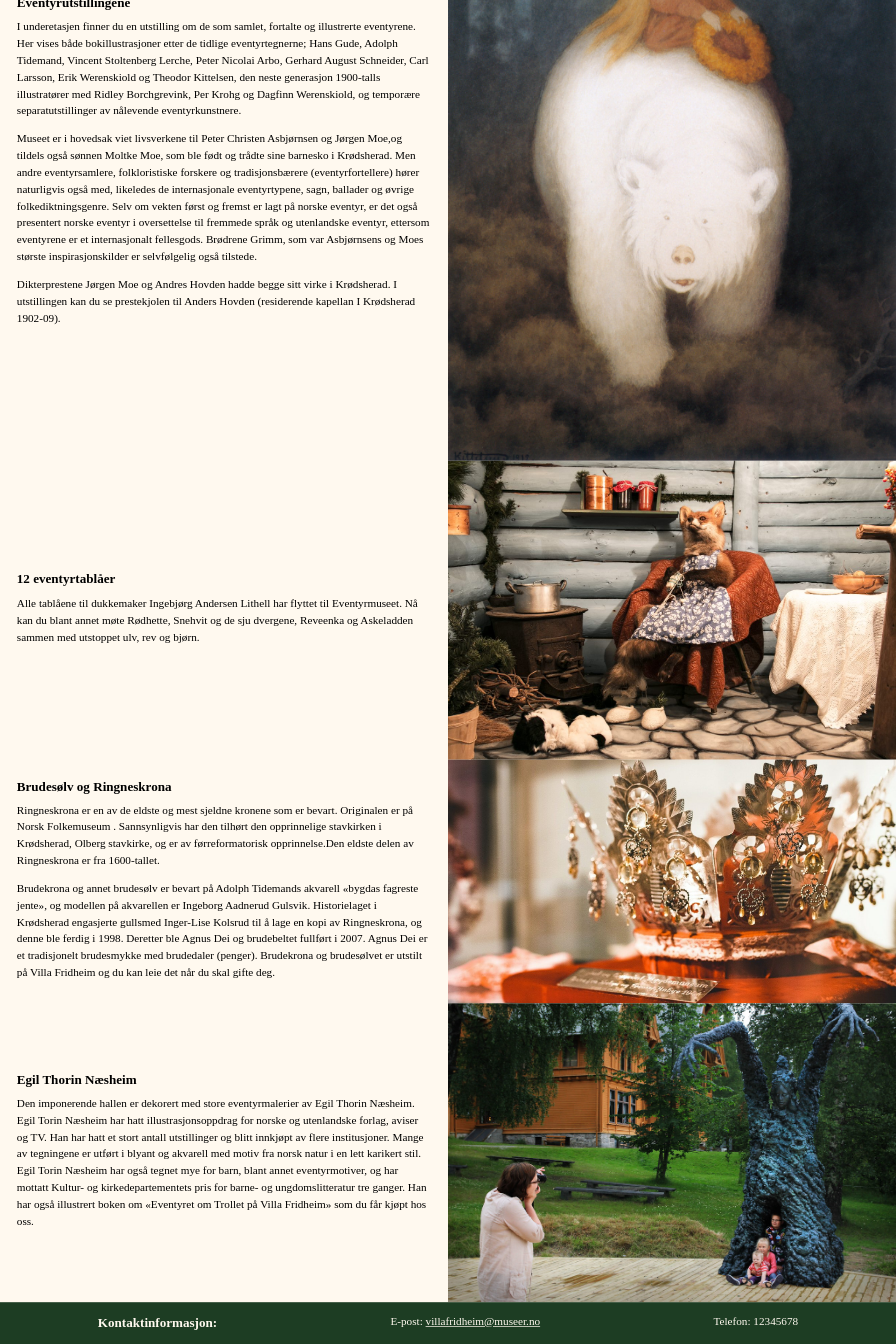
Repository: IdaHolmen/villa-fridheim
Page: src/activities.html
An editor plug-in stored every save of this project. The page is shown before and after the next save, followed by the edit.
The browser window is 1280 px wide. The pictures show the part of the page from y = 1286 to 3206 px (the page is 3206 px tall before and 3063 px after), at 70% of full size.
Some web fonts or font styles are not loaded; a fallback is used.

Above is the page before, as saved 2024-10-15 15:10:58.

### src/activities.html
<!DOCTYPE html>
<html lang="en">
    <head>
        <meta charset="UTF-8" />
        <meta name="viewport" content="width=device-width, initial-scale=1.0" />

        <link rel="icon" type="image/x-icon" href="../assets/villa-fridheim-logo.svg" />

        <title>Villa Fridheim</title>
        <link rel="stylesheet" type="text/css" href="../css/reset.css" />
        <link rel="stylesheet" type="text/css" href="../css/style.css" />
        <link rel="stylesheet" type="text/css" href="../css/media-queries.css" />
    </head>
    <body>
        <header>
            <div class="headline-container">
                <a href="../index.html" id="home-button">
                    <img src="../assets/villa-fridheim-logo.svg" alt="Omrisset av et eventyrslott" class="main-logo" />
                    <h1 class="main-headline">Villa Fridheim</h1>
                </a>
            </div>

            <nav class="nav-bar">
                <a href="about.html" class="nav-link">Om muséet</a>
                <a href="info.html" class="nav-link">Åpningstider og priser</a>
                <a href="booking.html" class="nav-link">Booking</a>
            </nav>
        </header>

        <main class="main-container">
            <section class="normal-section">
                <div class="image-container">
                    <img src="../assets/kano.jpg" alt="En far og to små barn i en kano" class="page-image" />
                </div>

                <div class="text-container">
                    <article class="text">
                        <h2 class="section-headline">Aktiviteter</h2>
                        <h3>Kanoutleie</h3>
                        <p>
                            Opplev vakre Krøderfjorden med sandstrender og små viker hvor du kan gå i land for å bade og
                            grille. Ta med fiskestang og fang din egen lunsj eller kjøp med deg mat fra fru Theas Kafè.
                        </p>
                        <p>
                            Vi har 9 kanoer til utleie med redningsvester og årer. Enkelt kart over fjorden får du med
                            på turen.
                        </p>
                        <p>
                            I Krøderen kan du fiske med fiske kort. Her finnes abbor, gjedde, ørret. røye og sik.
                            Fiskekortet kan du kjøpe i forretninger i området eller på bensinstasjoner. Kan også kjøpes:
                            www.inatur.no.
                        </p>
                        <div class="bold-text">
                            <p>Pris per kano</p>
                            <p>Per time: 100,-</p>
                            <p>Per dag: 500,-</p>
                        </div>
                    </article>

                    <article class="text">
                        <h3>Lek</h3>
                        <p>Vi har lekestue og sandkasse til de minste og eventyrsti inne.</p>
                    </article>
                </div>
            </section>

            <section class="normal-section">
                <div class="image-container">
                    <img src="../assets/canoe2.jpg" alt="En kano på en sandstrand" class="page-image" />
                </div>

                <div class="text-container">
                    <article class="text">
                        <h3>Retningslinjer ved kanoutleie</h3>
                        <p>
                            Leietaker er personlig ansvarlig for utstyret og forplikter å returnere leid utstyr i den
                            stand det var i ved utleietidspunktet. Dersom utstyret er forringet under leieperioden skal
                            leietaker erstatte leid utstyr. Leietaker skal umiddelbart gi beskjed dersom utstyret blir
                            forringet. Utstyret skal hentes og bringes tilbake til Villa Fridheim i museets åpningstid
                            hvis ikke annet er avtalt.
                        </p>
                        <p>
                            Villa Fridheim vil understreke at bruk av kanoer skjer på eget ansvar. Villa Fridheim påtar
                            seg ikke ansvar for økonomiske følger av mulige skader/uhell som måtte inntreffe. Deltagerne
                            anbefales derfor å tegne individuelle forsikringer.
                        </p>
                        <p>
                            Vi gjør oppmerksom på at flytevester som følger kanoene forutsetter at brukerne er
                            svømmedyktige. Vi har noen redningsvester til utleie.
                        </p>
                    </article>
                </div>
            </section>

            <section class="reverse-section">
                <div class="text-container">
                    <article class="text">
                        <h2 class="section-headline">Opplevelser</h2>
                        <h3>Eventyrutstillingene</h3>
                        <p>
                            I underetasjen finner du en utstilling om de som samlet, fortalte og illustrerte eventyrene.
                            Her vises både bokillustrasjoner etter de tidlige eventyrtegnerne; Hans Gude, Adolph
                            Tidemand, Vincent Stoltenberg Lerche, Peter Nicolai Arbo, Gerhard August Schneider, Carl
                            Larsson, Erik Werenskiold og Theodor Kittelsen, den neste generasjon 1900-talls
                            illustratører med Ridley Borchgrevink, Per Krohg og Dagfinn Werenskiold, og temporære
                            separatutstillinger av nålevende eventyrkunstnere.
                        </p>
                        <p>
                            Museet er i hovedsak viet livsverkene til Peter Christen Asbjørnsen og Jørgen Moe,og tildels
                            også sønnen Moltke Moe, som ble født og trådte sine barnesko i Krødsherad. Men andre
                            eventyrsamlere, folkloristiske forskere og tradisjonsbærere (eventyrfortellere) hører
                            naturligvis også med, likeledes de internasjonale eventyrtypene, sagn, ballader og øvrige
                            folkediktningsgenre. Selv om vekten først og fremst er lagt på norske eventyr, er det også
                            presentert norske eventyr i oversettelse til fremmede språk og utenlandske eventyr, ettersom
                            eventyrene er et internasjonalt fellesgods. Brødrene Grimm, som var Asbjørnsens og Moes
                            største inspirasjonskilder er selvfølgelig også tilstede.
                        </p>
                        <p>
                            Dikterprestene Jørgen Moe og Andres Hovden hadde begge sitt virke i Krødsherad. I
                            utstillingen kan du se prestekjolen til Anders Hovden (residerende kapellan I Krødsherad
                            1902-09).
                        </p>
                    </article>
                </div>
                <div class="image-container">
                    <img
                        src="../assets/kvitebjørn-kong-valomon.jpeg"
                        alt="En jente som sitter på ryggen til en isbjørn"
                        class="page-image"
                    />
                </div>
            </section>

            <section class="reverse-section">
                <div class="text-container">
                    <article class="text">
                        <h3>12 eventyrtablåer</h3>
                        <p>
                            Alle tablåene til dukkemaker Ingebjørg Andersen Lithell har flyttet til Eventyrmuseet. Nå
                            kan du blant annet møte Rødhette, Snehvit og de sju dvergene, Reveenka og Askeladden sammen
                            med utstoppet ulv, rev og bjørn.
                        </p>
                    </article>
                </div>
                <div class="image-container">
                    <img
                        src="../assets/eventyrutstilling.jpg"
                        alt="Et eventyrtablå som forestiller Reveenka"
                        class="page-image"
                    />
                </div>
            </section>

            <section class="reverse-section">
                <div class="text-container">
                    <article class="text">
                        <h3>Brudesølv og Ringneskrona</h3>
                        <p>
                            Ringneskrona er en av de eldste og mest sjeldne kronene som er bevart. Originalen er på
                            Norsk Folkemuseum . Sannsynligvis har den tilhørt den opprinnelige stavkirken i Krødsherad,
                            Olberg stavkirke, og er av førreformatorisk opprinnelse.Den eldste delen av Ringneskrona er
                            fra 1600-tallet.
                        </p>
                        <p>
                            Brudekrona og annet brudesølv er bevart på Adolph Tidemands akvarell «bygdas fagreste
                            jente», og modellen på akvarellen er Ingeborg Aadnerud Gulsvik. Historielaget i Krødsherad
                            engasjerte gullsmed Inger-Lise Kolsrud til å lage en kopi av Ringneskrona, og denne ble
                            ferdig i 1998. Deretter ble Agnus Dei og brudebeltet fullført i 2007. Agnus Dei er et
                            tradisjonelt brudesmykke med brudedaler (penger). Brudekrona og brudesølvet er utstilt på
                            Villa Fridheim og du kan leie det når du skal gifte deg.
                        </p>
                    </article>
                </div>
                <div class="image-container">
                    <img src="../assets/ringneskrona.jpg" alt="En flott utsmykket krone" class="page-image" />
                </div>
            </section>

            <section class="reverse-section">
                <div class="text-container">
                    <article class="text">
                        <h3>Egil Thorin Næsheim</h3>
                        <p>
                            Den imponerende hallen er dekorert med store eventyrmalerier av Egil Thorin Næsheim. Egil
                            Torin Næsheim har hatt illustrasjonsoppdrag for norske og utenlandske forlag, aviser og TV.
                            Han har hatt et stort antall utstillinger og blitt innkjøpt av flere institusjoner. Mange av
                            tegningene er utført i blyant og akvarell med motiv fra norsk natur i en lett karikert stil.
                            Egil Torin Næsheim har også tegnet mye for barn, blant annet eventyrmotiver, og har mottatt
                            Kultur- og kirkedepartementets pris for barne- og ungdomslitteratur tre ganger. Han har også
                            illustrert boken om «Eventyret om Trollet på Villa Fridheim» som du får kjøpt hos oss.
                        </p>
                    </article>
                </div>
                <div class="image-container">
                    <img
                        src="../assets/outside-sculpture.jpg"
                        alt="Tre barn som blir tatt bilde av med en kvinneskulptur"
                        id="page-image"
                    />
                </div>
            </section>
        </main>

        <footer class="footer">
            <h3>Kontaktinformasjon:</h3>
            <p>
                E-post:
                <a href="" id="email-element">villafridheim@museer.no</a>
            </p>
            <p>Telefon: 12345678</p>
        </footer>
    </body>
</html>

### css/reset.css
*, *::before, *::after {
	box-sizing: border-box;
  }

* {
	margin: 0;
	padding: 0;
}

body {
	line-height: 1.5;
	-webkit-font-smoothing: antialiased;
}

img, picture, video, canvas, svg {
	display: block;
	max-width: 100%;
}

input, textarea, select {
	font: inherit;
}

p, h1, h2, h3, h4, h5, h6 {
	overflow-wrap: break-word;
}

#root, #__next {
	isolation: isolate;
}

button {
	font: inherit;
	background: transparent;
	border: none;
	cursor: pointer;
	touch-action: manipulation;
}

a {
	color: inherit;
	text-decoration: none;
}

### css/media-queries.css
@media screen and (max-width: 1000px) {
    header {
        flex-direction: column;
    }

    .nav-bar {
        align-items: center;
    }

    .nav-link {
        max-width: 16rem;
        margin: 0.5rem;
    }

    .hero-section {
        height: 45rem;
        background-color: var(--secondary-color);
    }

    .hero-text-container {
        top: 68%;
        left: 10%;
        width: 80%;
        height: 30%;
    }

    .hero-content {
        font-size: 3.5rem;
    }

    .normal-section {
        flex-direction: column;
        align-items: center;
    }

    .reverse-section {
        flex-direction: column-reverse;
    }

    .illustration-image {
        width: 70%;
    }

    #illustration-image-long {
        width: 60%;
    }

    .link-container {
        width: 70%;
        flex-wrap: wrap;
    }
}

@media screen and (max-width: 930px) {
    .link-container {
        width: 80%;
    }

    .navigation-container {
        width: 15rem;
        height: 18rem;
    }
}

@media screen and (max-width: 700px) {
    .footer,
    .footer-front-page {
        flex-direction: column;
        align-items: center;
    }

    .nav-bar {
        flex-direction: column;
    }

    .link-section,
    .intro-section {
        width: 100%;
    }

    .illustration-image {
        width: 100%;
    }

    #illustration-image-long {
        width: 80%;
    }

    .link-container {
        width: 100%;
    }
}

@media screen and (max-width: 500px) {
    .booking-form {
        width: 20rem;
    }

    .hero-content-sub-headline {
        font-size: 1.5rem;
    }

    .intro-section {
        height: 20rem;
    }
}

Loaded but not shown: css/style.css (459 lines, source omitted)

After the next save:
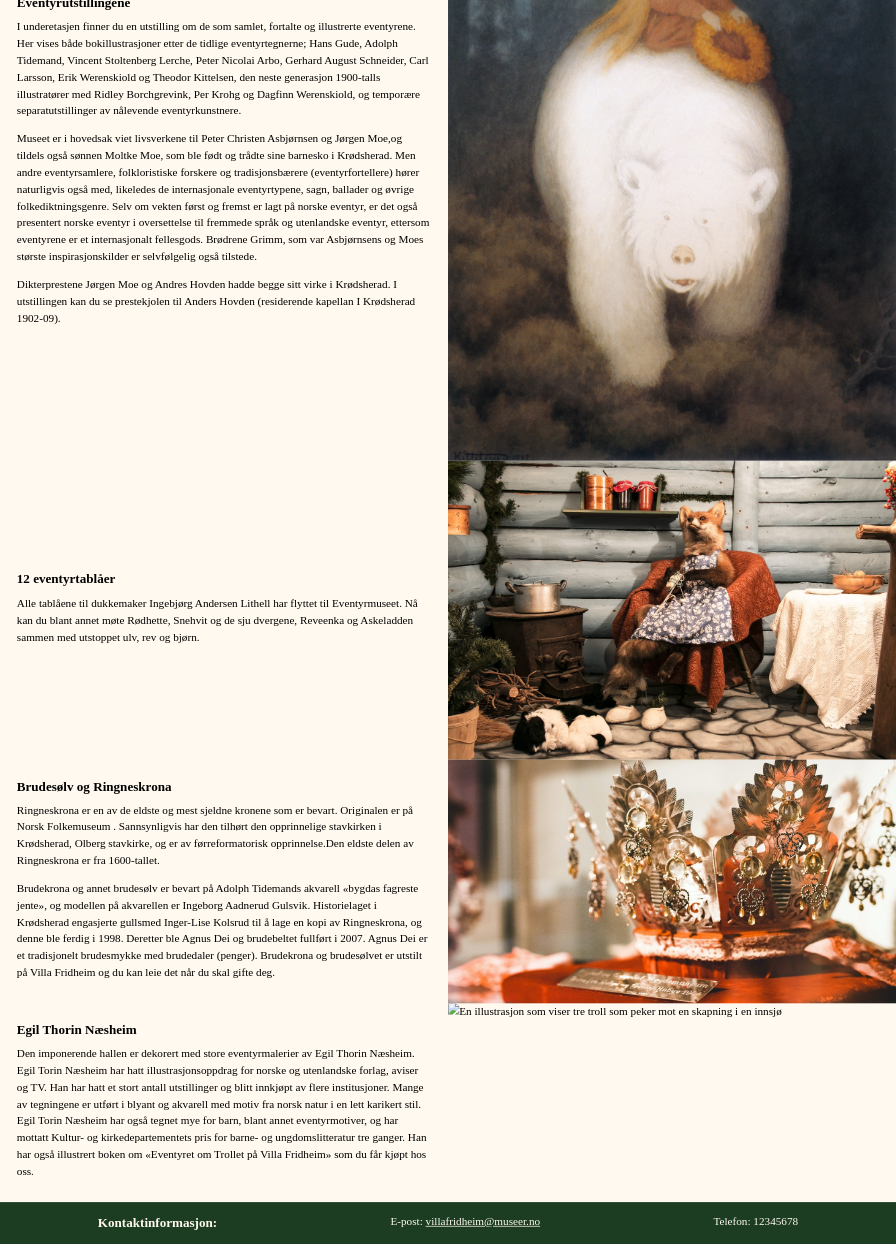
Not found: assets/trolls.jpg
Saved 3 min 59 s later.
--- a/src/activities.html
+++ b/src/activities.html
@@ -193,8 +193,8 @@
                 </div>
                 <div class="image-container">
                     <img
-                        src="../assets/outside-sculpture.jpg"
-                        alt="Tre barn som blir tatt bilde av med en kvinneskulptur"
+                        src="../assets/trolls.jpg"
+                        alt="En illustrasjon som viser tre troll som peker mot en skapning i en innsjø"
                         id="page-image"
                     />
                 </div>

After the 2 saves that followed:
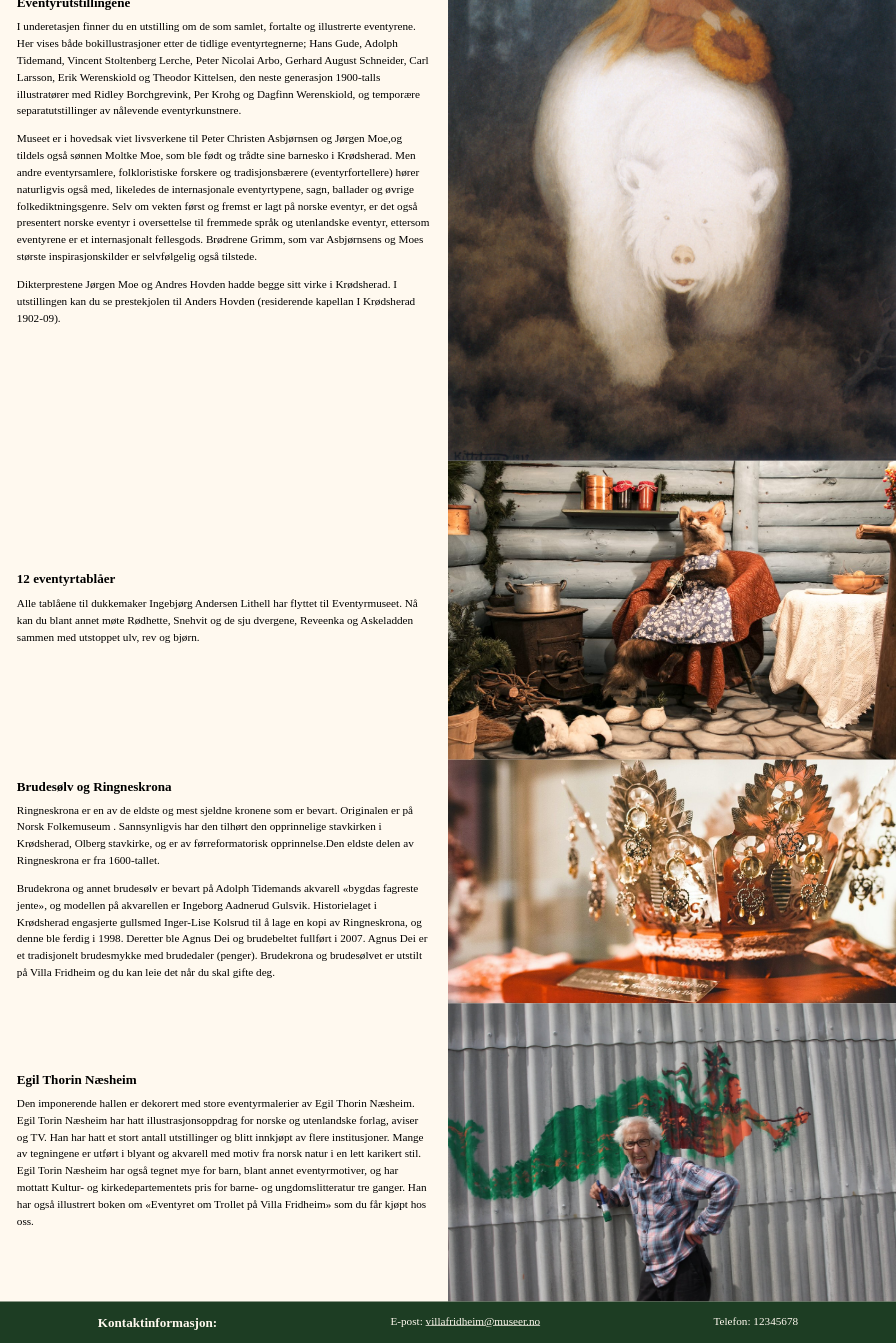
The 2 saves are shown as one change because 1 left the picture as it was.
The last was saved 5 min 34 s later.
--- a/src/activities.html
+++ b/src/activities.html
@@ -193,9 +193,9 @@
                 </div>
                 <div class="image-container">
                     <img
-                        src="../assets/trolls.jpg"
+                        src="../assets/egil-næsheim.jpeg"
                         alt="En illustrasjon som viser tre troll som peker mot en skapning i en innsjø"
-                        id="page-image"
+                        class="page-image"
                     />
                 </div>
             </section>
